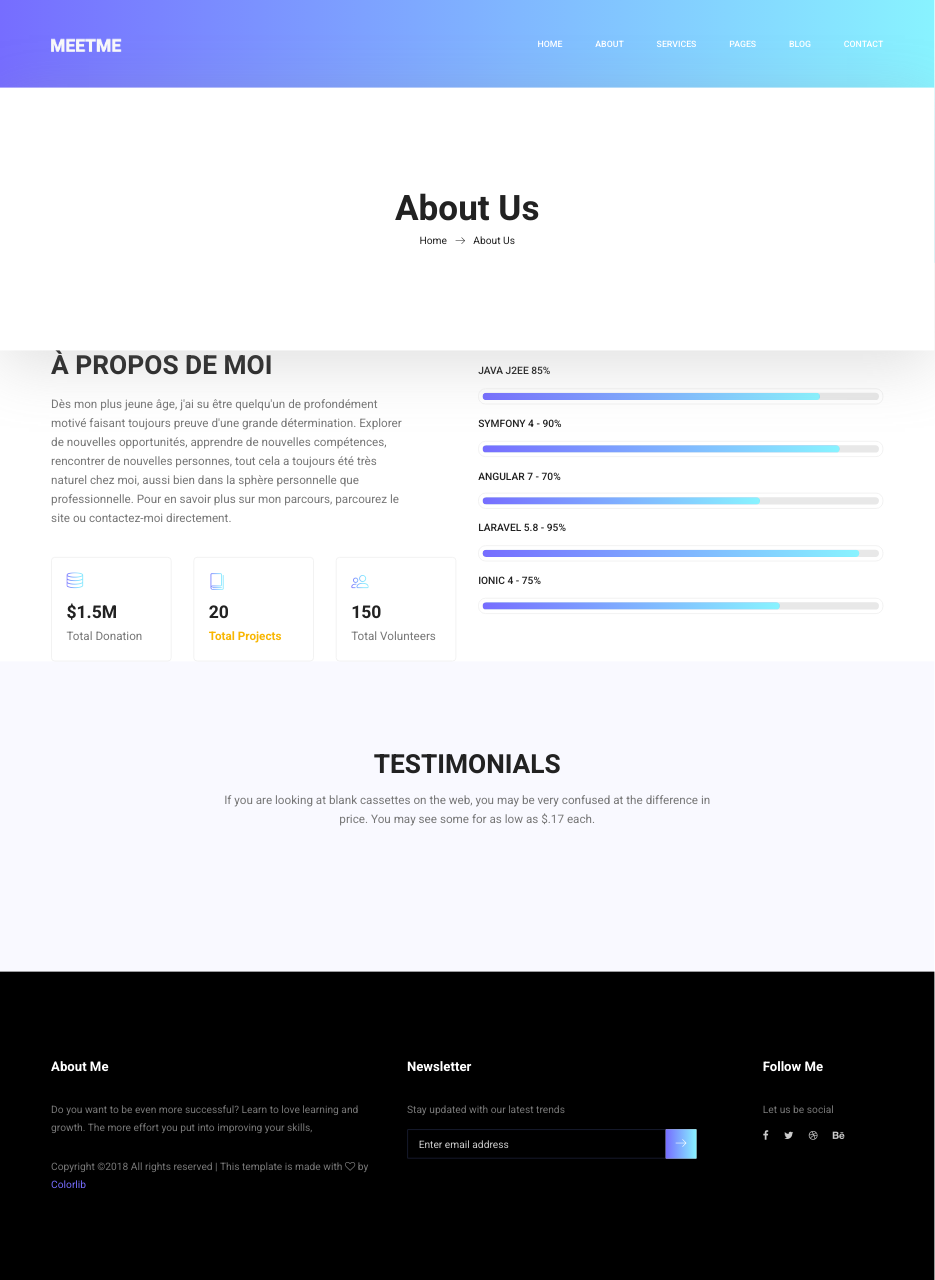
Repository: ChaabeneHabib/habib-chaabene
Page: about-us.html
These files come from the project's save history. The page is drawn as it stood at one moment and after the next save; the edit follows.
The browser window is 1280 px wide. The page is 1281 px wide, so the pictures cover 1281 px, including what lies to the right of the window. The pictures show the whole page, at 73% of full size.

Above is the page before, as saved 2019-12-23 16:28:38.

After the next save:
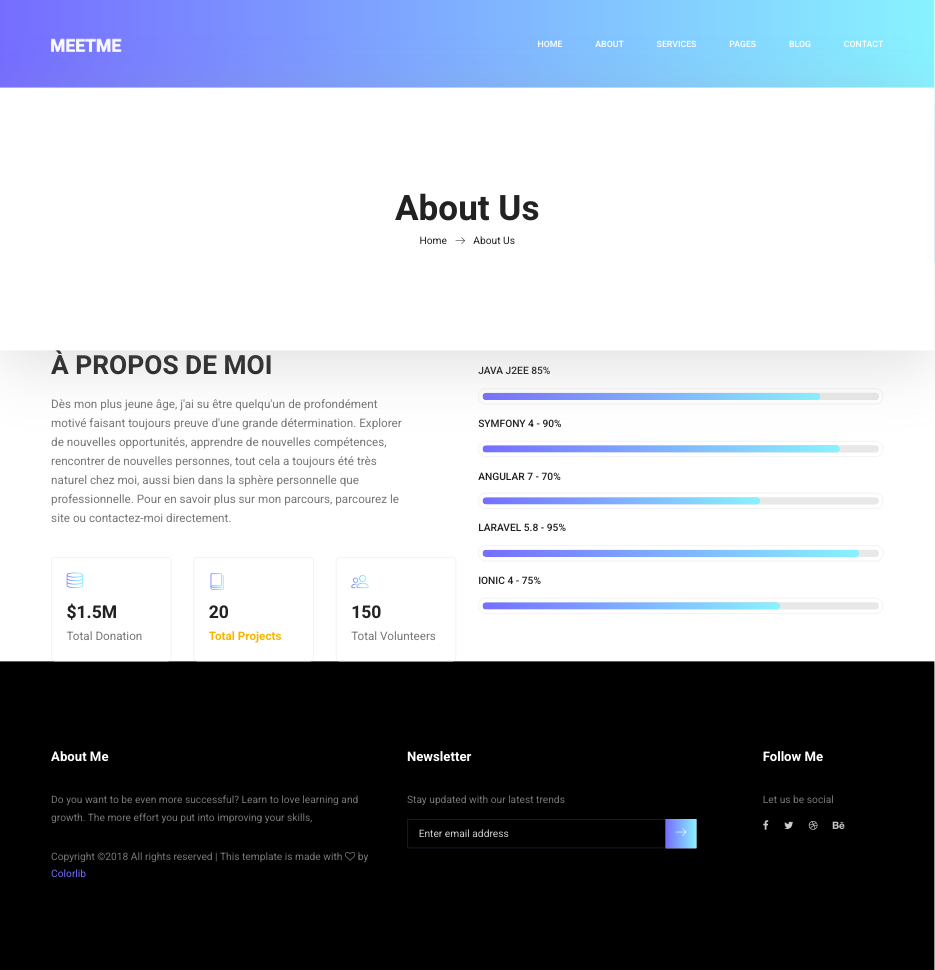
Saved 12 s later.
--- a/about-us.html
+++ b/about-us.html
@@ -181,16 +181,7 @@
         <!--================End Welcome Area =================-->
 
         <!--================Testimonials Area =================-->
-        <section class="testimonials_area p_120">
-        	<div class="container">
-        		<div class="main_title">
-        			<h2>Testimonials</h2>
-        			<p>If you are looking at blank cassettes on the web, you may be very confused at the difference in price. You may see some for as low as $.17 each.</p>
-        		</div>
-
-
-        	</div>
-        </section>
+
         <!--================End Testimonials Area =================-->
 
         <!--================Footer Area =================-->
